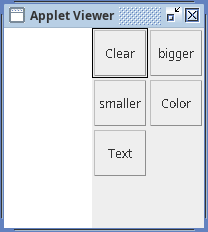
Repository: EnjoyWorkTrue/Spring2014
Program's window: java CMP342/Assignment2/project1/Drwing.java
The author's editor kept a copy of each file at every save. The program's window is drawn from the files as they stood at one save, then again after the next save.
It runs on Java 21 on a 1366 x 768 screen with the Metal look.

Above is the program's window before, as saved 2014-02-25 02:45:17.

### CMP342/Assignment2/project1/Drwing.java
package project1;
import java.applet.Applet;
import java.awt.BorderLayout;
import java.awt.Frame;

public class Drwing extends Applet{

buttonPanel btn = new buttonPanel();
WhiteBoard wb = new WhiteBoard();

public void init() {




	setLayout(new BorderLayout());
    add(btn,BorderLayout.EAST);
    add(wb,BorderLayout.CENTER);

    System.out.println(getX());
    System.out.println(getY());


}





}

### CMP342/Assignment2/project1/buttonPanel.java
package project1;

import java.applet.Applet;
import java.awt.Button;
import java.awt.Color;
import java.awt.Graphics;
import java.awt.GridLayout;
import java.awt.Panel;
import java.awt.event.ActionEvent;
import java.awt.event.ActionListener;

import javax.swing.JColorChooser;

public class buttonPanel extends Panel implements ActionListener{


buttonPanel(){
		setLayout(new GridLayout(4,1));
		Button btn = new Button("Clear");
		Button btn1 = new Button("bigger");
		Button btn2 = new Button("smaller");
		Button btn3 = new Button("Color");
		Button btn4	= new Button("Text");
		add(btn);
		add(btn1);
		add(btn2);
		add(btn3);
		add(btn4);
		btn.addActionListener(this);
		btn1.addActionListener(this);
		btn2.addActionListener(this);
		btn3.addActionListener(this);
		btn4.addActionListener(this);
	}


	@Override
	public void actionPerformed(ActionEvent e) {
		if(e.getActionCommand()=="Clear"){
			Applet app = (Applet)WhiteBoard.a.getSource();
			Graphics g = app.getGraphics();
			g.setColor(Color.white);
			g.fillRect(0, 0,app.getSize().width,app.getSize().height);

		}
		if(e.getActionCommand()=="bigger"){
			WhiteBoard.bigger();
		}
		if(e.getActionCommand()=="smaller")
		{
			WhiteBoard.smaller();
		}
		if(e.getActionCommand()=="Color"){
			WhiteBoard.changeColor(JColorChooser.showDialog(this,"CHOOSE",WhiteBoard.getColor()));
			//x.changeColor(JColorChooser.showDialog(this,"CHOOSE",Color.red));


		}
		if(e.getActionCommand()=="Text"){
			WhiteBoard.chageTextColor(JColorChooser.showDialog(this,"CHOOSE",WhiteBoard.getTextColor()));
		}

	}



}

### CMP342/Assignment2/project1/WhiteBoard.java
package project1;

import java.applet.Applet;
import java.awt.Color;
import java.awt.Font;
import java.awt.FontMetrics;
import java.awt.Graphics;
import java.awt.Panel;
import java.awt.event.KeyEvent;
import java.awt.event.KeyListener;
import java.awt.event.MouseEvent;
import java.awt.event.MouseListener;
import java.awt.event.MouseMotionListener;

public class WhiteBoard extends Panel implements MouseMotionListener,MouseListener,KeyListener{
	private static Color drawColor = Color.black;
	private static Color textColor = Color.black;
	protected FontMetrics fm;
	static int size = 30;
	private int thisx;
	private int thisy;

	public static MouseEvent a;

	public WhiteBoard(){
		Font font = new Font("Serif", Font.BOLD, 20);
		fm = getFontMetrics(font);
		setFont(font);
		setBackground(Color.white);
		setForeground(drawColor);
		addKeyListener(this);
	    addMouseMotionListener(this);
	    addMouseListener(this);
	}

	@Override
	public void mouseDragged(MouseEvent e) {
		int x = e.getX();
		int y = e.getY();
		Graphics g = getGraphics();
		g.setColor(drawColor);
		g.fillOval(x, y, size, size);
		recordPosition(x,y);

	}
private void recordPosition(int x, int y) {
		thisx = x;
		thisy = y;

	}
	@Override
	public void mousePressed(MouseEvent e) {
		this.a = e;
	}

	public static void bigger(){
		size+=5;
	}
	public static void smaller(){
		size-=5;
	}

	public static void changeColor(Color s){
		drawColor=s;
	}

	public static Color getColor() {
		// TODO Auto-generated method stub
		return drawColor;
	}
	@Override
	public void mouseClicked(MouseEvent e) {
		thisx = e.getX();
		thisy = e.getY();


	}
	@Override
	public void mouseReleased(MouseEvent e) {

		System.out.println("mouseReleased");

	}
	@Override
	public void mouseEntered(MouseEvent e) {
		// TODO Auto-generated method stub

	}
	@Override
	public void mouseExited(MouseEvent e) {
		// TODO Auto-generated method stub

	}
	@Override
	public void mouseMoved(MouseEvent e) {
		// TODO Auto-generated method stub

	}
	@Override
	public void keyTyped(KeyEvent e) {

	}
	@Override
	public void keyPressed(KeyEvent e) {
		String s = String.valueOf(e.getKeyChar());
		Graphics g = getGraphics();
		g.setColor(textColor);
		g.drawString(s,thisx,thisy);
		this.recordPosition(thisx+fm.stringWidth(s), thisy);

	}
	@Override
	public void keyReleased(KeyEvent e) {
		// TODO Auto-generated method stub

	}

	public static Color getTextColor() {
		// TODO Auto-generated method stub
		return textColor;
	}

	public static void chageTextColor(Color chooseColor) {
		textColor=chooseColor;

	}


}

After the next save:
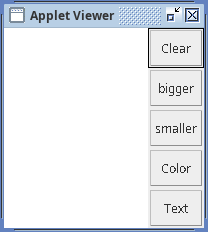
Saved 14 s later.
--- a/CMP342/Assignment2/project1/buttonPanel.java
+++ b/CMP342/Assignment2/project1/buttonPanel.java
@@ -15,7 +15,7 @@
 
 
 buttonPanel(){
-		setLayout(new GridLayout(4,1));
+		setLayout(new GridLayout(5,1));
 		Button btn = new Button("Clear");
 		Button btn1 = new Button("bigger");
 		Button btn2 = new Button("smaller");
